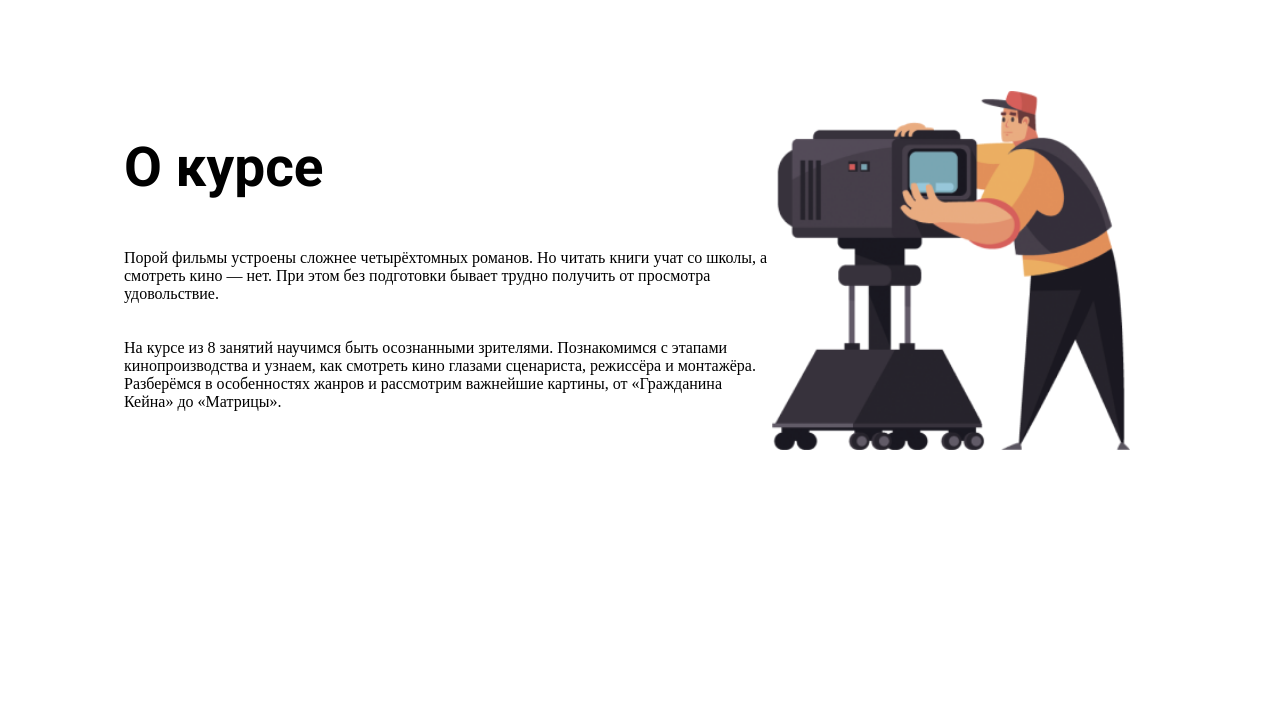
Repository: AytacSafarova/task-figma--1
Page: index.html
An editor plug-in stored every save of this project. The page is shown before and after a run of saves, followed by the edit.
The browser window is 1280 px wide. The pictures show the whole page.

Above is the page before, as saved 2023-04-29 20:15:13.

After the next 2 saves:
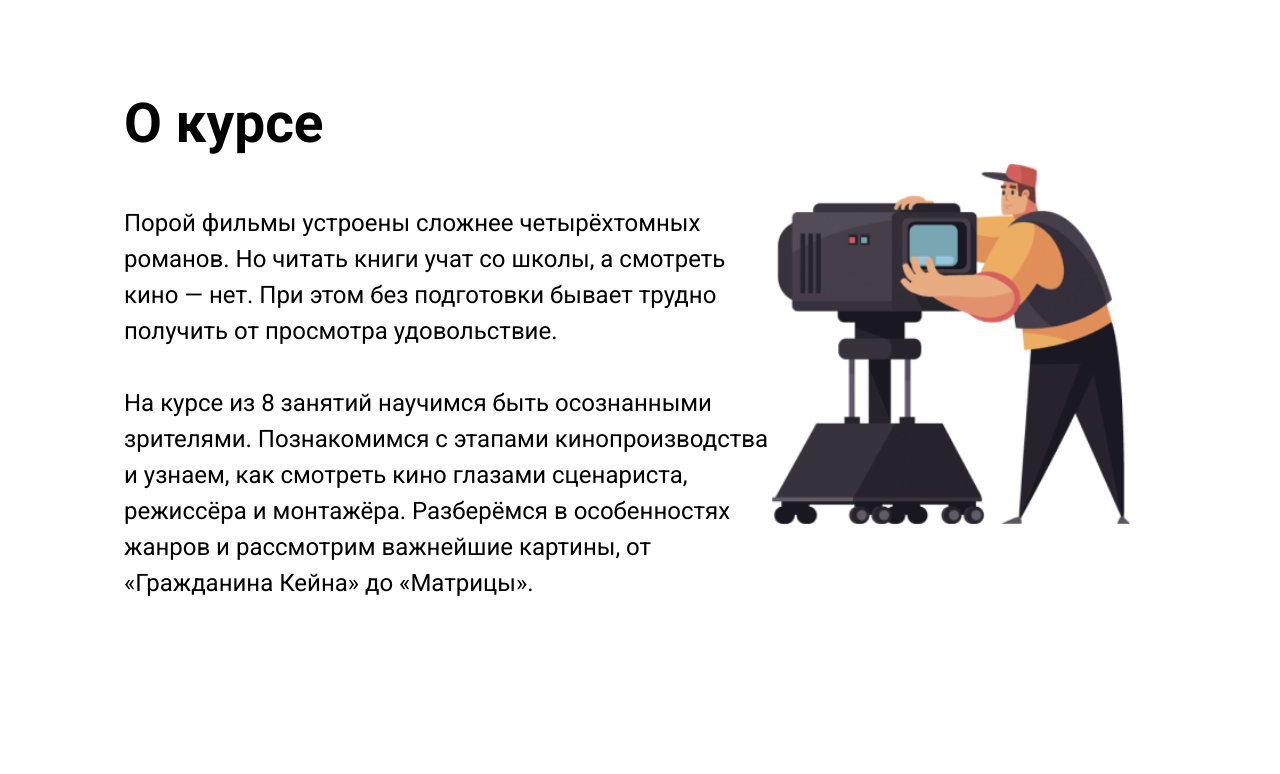
The 2 saves are shown as one change because they came seconds apart.
The last was saved 8 s later.
--- a/index.css
+++ b/index.css
@@ -24,7 +24,13 @@ h1{
     font-weight: 700;
     margin-bottom: 50px;
 }
-
+.text p{
+font-family: 'Roboto';
+font-style: normal;
+font-weight: 400;
+font-size: 24px;
+line-height: 150%;
+}
 
 .right{
     width: 366px;

After the 4 saves that followed:
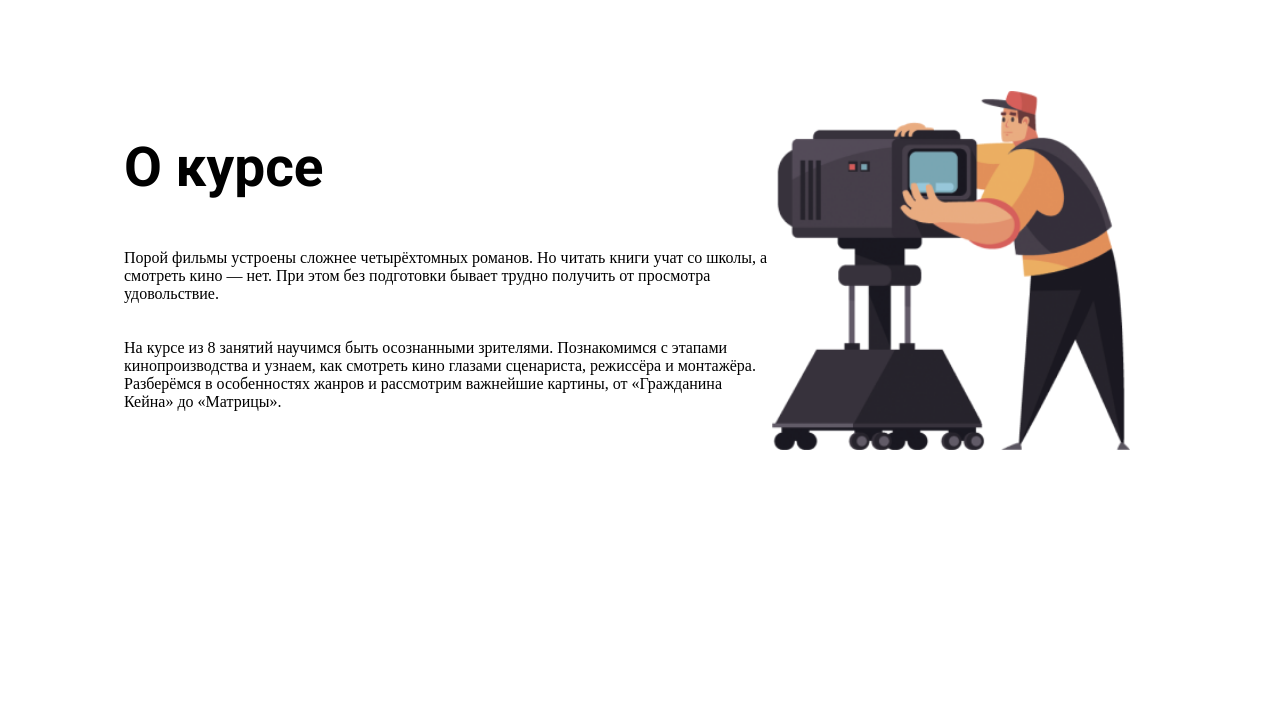
The 4 saves are shown as one change because 1 left the picture as it was and some came seconds apart.
The last was saved 41 s later.
--- a/index.html
+++ b/index.html
@@ -13,7 +13,6 @@
     <div class="row up">
       <div class="col left">
         <h1>О курсе</h1>
-        <div class="text">
           <p>
             Порой фильмы устроены сложнее четырёхтомных романов. Но читать
             книги учат со школы, а смотреть кино — нет. При этом без
@@ -27,7 +26,6 @@
             особенностях жанров и рассмотрим важнейшие картины, от
             «Гражданина Кейна» до «Матрицы».
           </p>
-        </div>
       </div>
       <div class="col right">
         <img src="/images/_1 1.png" alt="" />
